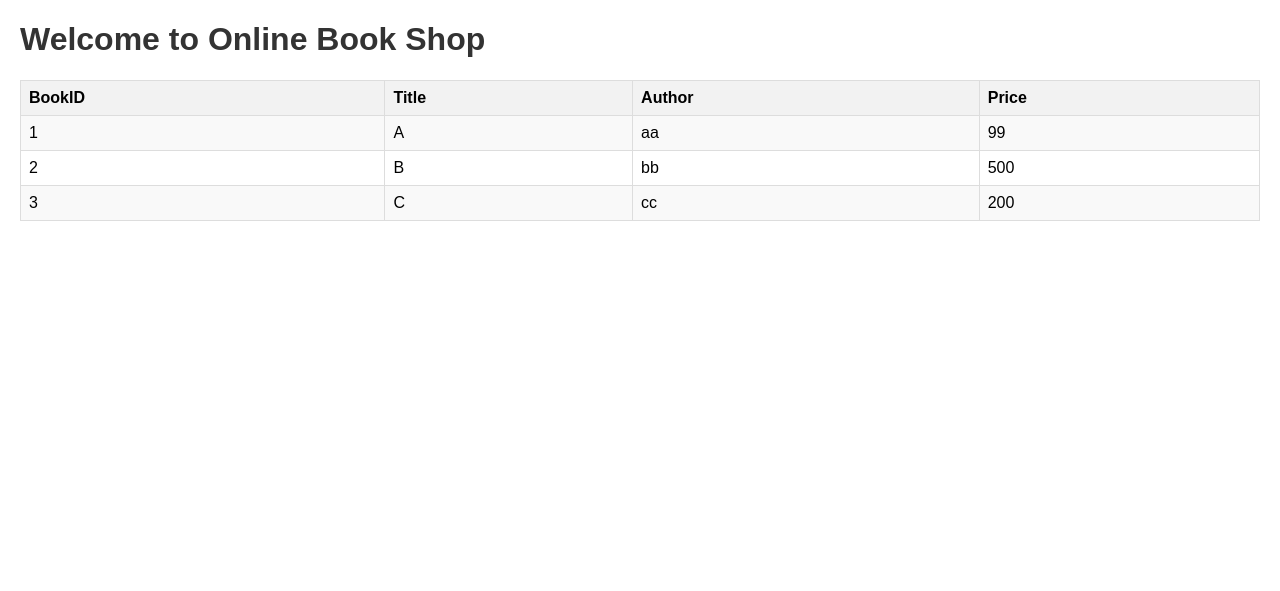
Repository: poojithagujjula/test_on_27
Page: shop/src/main/resources/static/index.html
An editor plug-in stored every save of this project. The page is shown before and after the next save, followed by the edit.
The browser window is 1280 px wide. The pictures show the whole page.

Above is the page before, as saved 2025-02-26 11:24:29.

### shop/src/main/resources/static/index.html
<!DOCTYPE html>
<html lang="en">
<head>
    <meta charset="UTF-8">
    <meta name="viewport" content="width=device-width, initial-scale=1.0">
    <title>Online Book Shop</title>
    <style>
        body {
            font-family: Arial, sans-serif;
            margin: 20px;
        }
        h1 {
            color: #333;
        }
        table {
            width: 100%;
            border-collapse: collapse;
        }
        th, td {
            border: 1px solid #ddd;
            padding: 8px;
            text-align: left;
        }
        th {
            background-color: #f2f2f2;
        }
        tr:nth-child(even) {
            background-color: #f9f9f9;
        }
        tr:hover {
            background-color: #f1f1f1;
        }
    </style>
</head>
<body>
    <h1>Welcome to Online Book Shop</h1>
    <table>
        <tr>
            <th>BookID</th>
            <th>Title</th>
            <th>Author</th>
            <th>Price</th>
        </tr>
        <tr>
            <td>1</td>
            <td>A</td>
            <td>aa</td>
            <td>99</td>
        </tr>
        <tr>
            <td>2</td>
            <td>B</td>
            <td>bb</td>
            <td>500</td>
        </tr>
        <tr>
            <td>3</td>
            <td>C</td>
            <td>cc</td>
            <td>200</td>
        </tr>
    </table>
</body>
</html>

After the next save:
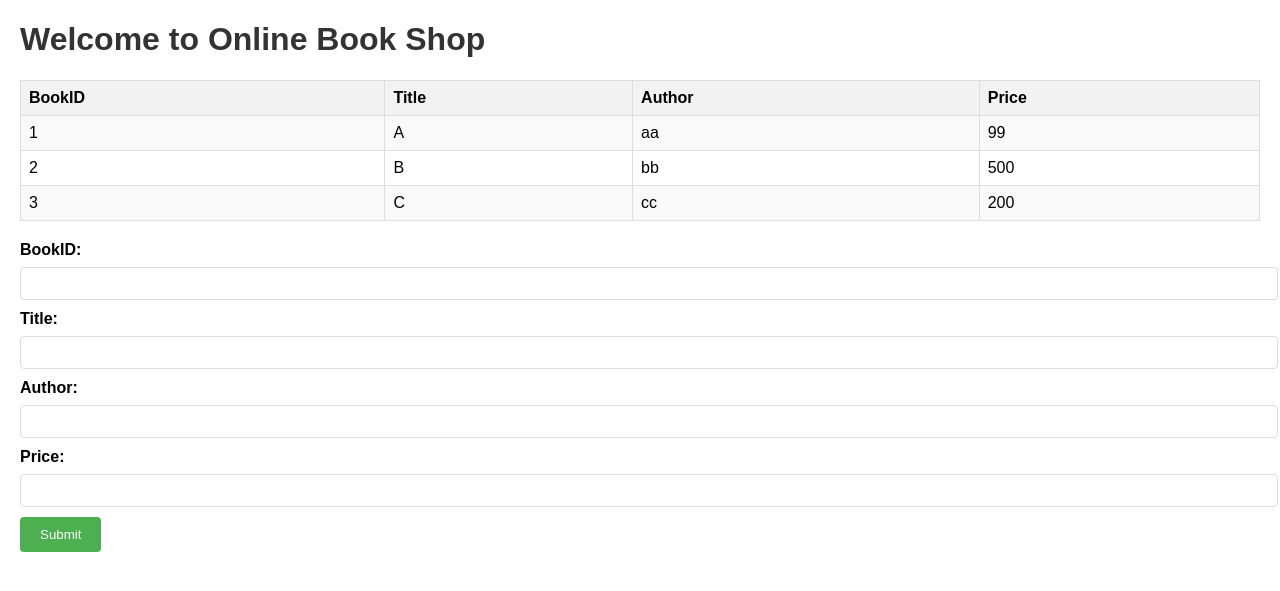
Saved 21 min 15 s later.
--- a/shop/src/main/resources/static/index.html
+++ b/shop/src/main/resources/static/index.html
@@ -1,3 +1,4 @@
+<!--
 <!DOCTYPE html>
 <html lang="en">
 <head>
@@ -62,3 +63,112 @@
     </table>
 </body>
 </html>
+-->
+
+
+<!DOCTYPE html>
+<html lang="en">
+<head>
+    <meta charset="UTF-8">
+    <meta name="viewport" content="width=device-width, initial-scale=1.0">
+    <title>Online Book Shop</title>
+    <style>
+        body {
+            font-family: Arial, sans-serif;
+            margin: 20px;
+        }
+        h1 {
+            color: #333;
+        }
+        table {
+            width: 100%;
+            border-collapse: collapse;
+            margin-bottom: 20px;
+        }
+        th, td {
+            border: 1px solid #ddd;
+            padding: 8px;
+            text-align: left;
+        }
+        th {
+            background-color: #f2f2f2;
+        }
+        tr:nth-child(even) {
+            background-color: #f9f9f9;
+        }
+        #f1f1f1;
+        }
+        form {
+            max-width: 600px;
+            margin: 0 auto;
+        }
+        label {
+            display: block;
+            margin-bottom: 8px;
+            font-weight: bold;
+        }
+        input[type="text"], input[type="number"] {
+            width: 100%;
+            padding: 8px;
+            margin-bottom: 10px;
+            border: 1px solid #ddd;
+            border-radius: 4px;
+        }
+        input[type="submit"] {
+            background-color: #4CAF50;
+            color: white;
+            padding: 10px 20px;
+            border: none;
+            border-radius: 4px;
+            cursor: pointer;
+        }
+        input[type="submit"]:hover {
+            background-color: #45a049;
+        }
+    </style>
+</head>
+<body>
+    <h1>Welcome to Online Book Shop</h1>
+    <table>
+        <tr>
+            <th>BookID</th>
+            <th>Title</th>
+            <th>Author</th>
+            <th>Price</th>
+        </tr>
+        <tr>
+            <td>1</td>
+            <td>A</td>
+            <td>aa</td>
+            <td>99</td>
+        </tr>
+        <tr>
+            <td>2</td>
+            <td>B</td>
+            <td>bb</td>
+            <td>500</td>
+        </tr>
+        <tr>
+            <td>3</td>
+            <td>C</td>
+            <td>cc</td>
+            <td>200</td>
+        </tr>
+    </table>
+    <form action="#" method="post">
+        <label for="bookid">BookID:</label>
+        <input type="number" id="bookid" name="bookid" required>
+
+        <label for="title">Title:</label>
+        <input type="text" id="title" name="title" required>
+
+        <label for="author">Author:</label>
+        <input type="text" id="author" name="author" required>
+
+        <label for="price">Price:</label>
+        <input type="number" id="price" name="price" required>
+
+        <input type="submit" value="Submit">
+    </form>
+</body>
+</html>
